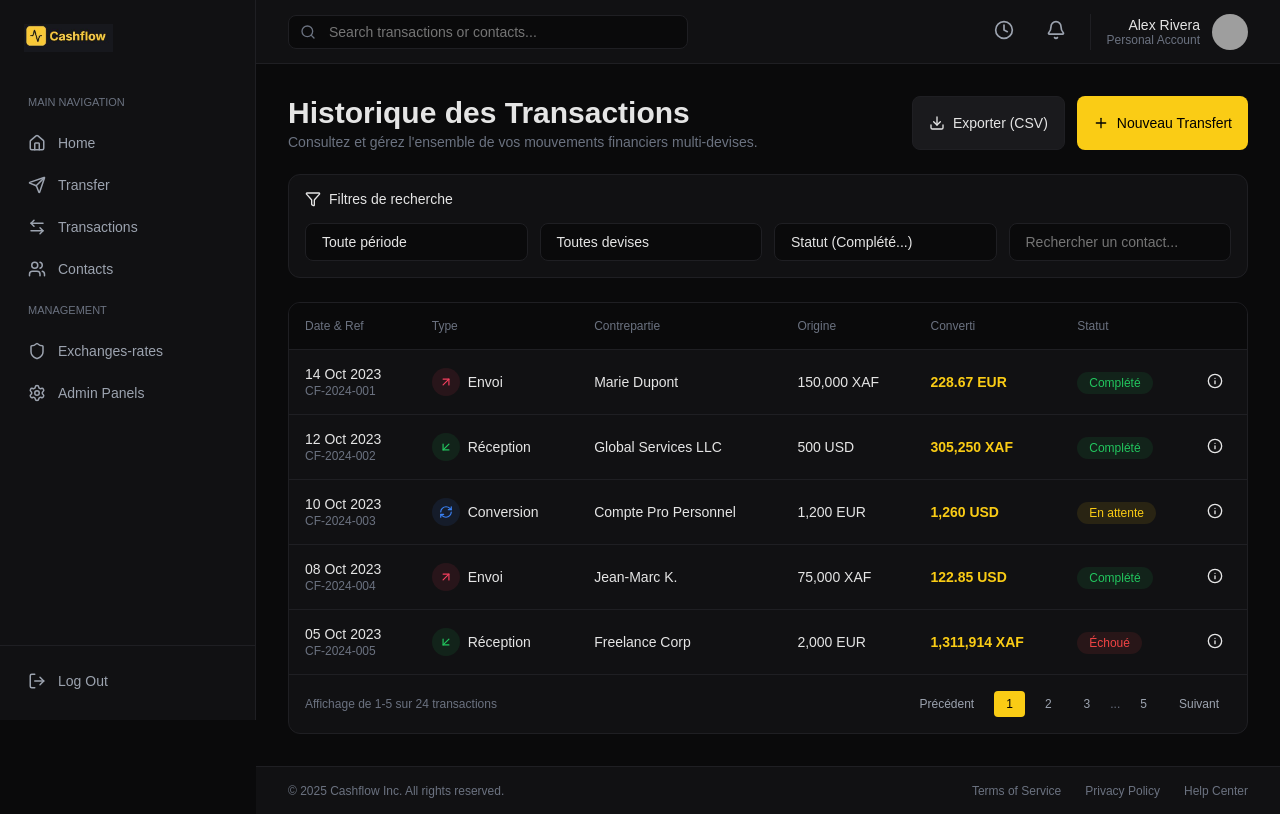
Repository: laetitiamaelle/GROUEPE5_PROGRAMMATIONWEBII_PLATEFORME_DE_TRANSFERT_MULTIDEVISE
Page: /transactions
An editor plug-in stored every save of this project. The page is shown before and after the next save, followed by the edit.
The browser window is 1280 px wide. The pictures show the whole page.
Pictures or frames that could not be fetched are drawn as grey boxes. The project was rebuilt for these pictures with package versions that can differ from the ones it lists, and the page was loaded fresh each time. The framework's server and built-in components were replaced by stand-ins that run in the browser. Also part of the build but not shown: next.config.ts.

Above is the page before, as saved 2026-05-16 07:59:20.

### app/transactions/page.tsx
import Sidebar from '@/components/Sidebar'
import HistoriqueTransactions from '@/components/HistoriqueTransactions';

export default function TransactionPage() {
    return (
        <div style={{ display: 'flex', minHeight: '100vh', background: '#0A0A0B'}}>
            <Sidebar />
            <HistoriqueTransactions />
        </div>
    )
}

### app/globals.css
* {
    margin: 0;
    padding: 0;
    box-sizing: border-box;
}

body {
    background: #0A0A0B;
    color: #E5E5E5;
    font-family: Arial, sans-serif;
}

a {
    text-decoration: none;
    color: inherit;
}

button {
    cursor: pointer;
    border: none;
    font-family: inherit;
}

### components/Sidebar.tsx
'use client'
import Link from 'next/link'
import { usePathname } from 'next/navigation'
import { Home, Send, ArrowLeftRight, Users, Shield, Settings, LogOut} from 'lucide-react'
import '../styles/Sidebar.css'

export default function Sidebar() {
    const pathname = usePathname()

    return (
        <aside className='sidebar'>
            <div className='logo'>
                <img src="/public/logo.jpeg" alt="Cashflow" className='logo-img'/>
            </div>

            <nav className='nav'>
                <p className='nav-title'>MAIN NAVIGATION</p>
                <Link href="#" className={`nav-item #{pathname === '/home' ? 'active' : ''}`}>
                    <Home size={18} /> Home
                </Link>
                <Link href="/transfert" className="nav-item">
                    <Send size={18} /> Transfer
                </Link>
                <Link href="/transactions" className={`nav-item #{pathname === '/transactions' ? 'active' : ''}`}>
                    <ArrowLeftRight size={18} /> Transactions
                </Link>
                <Link href="#" className="nav-item">
                    <Users size={18} /> Contacts
                </Link>

                <p className="nav-title">MANAGEMENT</p>
                <Link href="/exchange-rates" className={`nav-item #{pathname === '/exchanges-rates' ? 'active' : ''}`}>
                    <Shield size={18} /> Exchanges-rates
                </Link>
                <Link href="/admin" className="nav-item">
                    <Settings size={18} /> Admin Panels
                </Link>
            </nav>

            <div className='logout'>
                <button className='nav-item'>
                    <LogOut size={18} />Log Out
                </button>
            </div>
        </aside>
    )
}

### components/HistoriqueTransactions.tsx
'use client'
import { Search, Clock, Bell, Download, Plus, Filter, ArrowUpRight, ArrowDownLeft, RefreshCw, Info } from 'lucide-react'
import '../styles/HistoriqueTransactions.css'

export default function HistoriqueTransactions() {
  const data = [
    { date: '14 Oct 2023', ref: 'CF-2024-001', type: 'Envoi', contact: 'Marie Dupont', origine: '150,000 XAF', converti: '228.67 EUR', statut: 'Complété' },
    { date: '12 Oct 2023', ref: 'CF-2024-002', type: 'Réception', contact: 'Global Services LLC', origine: '500 USD', converti: '305,250 XAF', statut: 'Complété' },
    { date: '10 Oct 2023', ref: 'CF-2024-003', type: 'Conversion', contact: 'Compte Pro Personnel', origine: '1,200 EUR', converti: '1,260 USD', statut: 'En attente' },
    { date: '08 Oct 2023', ref: 'CF-2024-004', type: 'Envoi', contact: 'Jean-Marc K.', origine: '75,000 XAF', converti: '122.85 USD', statut: 'Complété' },
    { date: '05 Oct 2023', ref: 'CF-2024-005', type: 'Réception', contact: 'Freelance Corp', origine: '2,000 EUR', converti: '1,311,914 XAF', statut: 'Échoué' },
  ]

  return (
    <div className="main">
      <header className="topbar">
        <div className="search-box">
          <Search size={16} className="search-icon" />
          <input type="text" placeholder="Search transactions or contacts..." className="search" />
        </div>
        <div className="topbar-right">
          <button className="icon-btn"><Clock size={20} /></button>
          <button className="icon-btn"><Bell size={20} /></button>
          <div className="user">
            <div className="user-info">
              <span className="user-name">Alex Rivera</span>
              <span className="user-role">Personal Account</span>
            </div>
            <img src="https://i.pravatar.cc/40" alt="avatar" className="user-avatar" />
          </div>
        </div>
      </header>

      <div className="content">
        <div className="header">
          <div>
            <h1>Historique des Transactions</h1>
            <p>Consultez et gérez l'ensemble de vos mouvements financiers multi-devises.</p>
          </div>
          <div className="actions">
            <button className="btn-dark"><Download size={16} /> Exporter (CSV)</button>
            <button className="btn-yellow"><Plus size={16} /> Nouveau Transfert</button>
          </div>
        </div>

        <div className="filters">
          <div className="filters-title">
            <Filter size={16} />
            <span>Filtres de recherche</span>
          </div>
          <div className="filters-grid">
            <button className="filter-btn">Toute période</button>
            <button className="filter-btn">Toutes devises</button>
            <button className="filter-btn">Statut (Complété...)</button>
            <input type="text" placeholder="Rechercher un contact..." className="filter-input" />
          </div>
        </div>

        <div className="table-box">
          <table>
            <thead>
              <tr>
                <th>Date & Ref</th>
                <th>Type</th>
                <th>Contrepartie</th>
                <th>Origine</th>
                <th>Converti</th>
                <th>Statut</th>
                <th></th>
              </tr>
            </thead>
            <tbody>
              {data.map((row, i) => (
                <tr key={i}>
                  <td>
                    <span className="date">{row.date}</span>
                    <span className="ref">{row.ref}</span>
                  </td>
                  <td>
                    <div className="type-cell">
                      <div className={`type-icon ${row.type === 'Envoi' ? 'send' : row.type === 'Réception' ? 'receive' : 'convert'}`}>
                        {row.type === 'Envoi' ? <ArrowUpRight size={14} /> : row.type === 'Réception' ? <ArrowDownLeft size={14} /> : <RefreshCw size={14} />}
                      </div>
                      <span>{row.type}</span>
                    </div>
                  </td>
                  <td>{row.contact}</td>
                  <td className="montant">{row.origine}</td>
                  <td className="montant-converti">{row.converti}</td>
                  <td>
                    <span className={`statut ${row.statut === 'Complété' ? 'statut-complete' : row.statut === 'En attente' ? 'statut-attente' : 'statut-echoue'}`}>
                      {row.statut}
                    </span>
                  </td>
                  <td><Info size={16} /></td>
                </tr>
              ))}
            </tbody>
          </table>
          <div className="pagination">
            <span>Affichage de 1-5 sur 24 transactions</span>
            <div className="page-btns">
              <button>Précédent</button>
              <button className="active">1</button>
              <button>2</button>
              <button>3</button>
              <span>...</span>
              <button>5</button>
              <button>Suivant</button>
            </div>
          </div>
        </div>
      </div>

      <footer className="footer">
        <span>© 2025 Cashflow Inc. All rights reserved.</span>
        <div className="footer-links">
          <a href="#">Terms of Service</a>
          <a href="#">Privacy Policy</a>
          <a href="#">Help Center</a>
        </div>
      </footer>
    </div>
  )
}

### styles/Sidebar.css
.sidebar {
    width: 256px;
    background: #111113;
    border-right: 1px solid #1F1F23;
    display: flex;
    flex-direction: column;
    height: 100vh;
}

.logo {
    padding: 24px;
}

.logo-img {
    height: 28px;
    width: auto;
}

.nav {
    flex: 1;
    padding: 0 16px;
}

.nav-title {
    font-size: 11px;
    color: #6B7280;
    padding: 0 12px;
    margin: 16px 0;
}

.nav-item {
    display: flex;
    align-items: center;
    gap: 12px;
    padding: 10px 12px;
    border-radius: 8px;
    color: #9CA3AF;
    font-size: 14px;
    margin-bottom: 4px;
    width: 100%;
    background: none;
}

.nav-item:hover {
    background: #1A1A1D;
    color: white;
}

.nav-item.active {
    background: #1A1A1D;
    color: #FACC15;
}

.logout {
    padding: 16px;
    border-top: 1px solid #1F1F23;
}

### styles/HistoriqueTransactions.css
.main {
    flex: 1;
    display: flex;
    flex-direction: column;
}

.topbar {
    height: 64px;
    background: #111113;
    border-bottom: 1px solid #1F1F23;
    display: flex;
    align-items: center;
    justify-content: space-between;
    padding: 0 32px;
}

.search-box {
    position: relative;
    display: flex;
    align-items: center;
}

.search-icon {
    position: absolute;
    left: 12px;
    color: #6B7280;
}

.search {
    width: 400px;
    background: #0A0A0B;
    border: 1px solid #1F1F23;
    border-radius: 8px;
    padding: 8px 16px 8px 40px;
    color: white;
    font-size: 14px;
}

.topbar-right {
    display: flex;
    align-items: center;
    gap: 16px;
}

.icon-btn {
    background: none;
    color: #9CA3AF;
    padding: 8px;
    border-radius: 8px;
}

.icon-btn:hover {
    background: #1A1A1D;
}

.user {
    display: flex;
    align-items: center;
    gap: 12px;
    padding-left: 16px;
    border-left: 1px solid #1F1F23;
}

.user-info {
    text-align: right;
}

.user-name {
    display: block;
    font-size: 14px;
    font-weight: 500;
}

.user-role {
    display: block;
    font-size: 12px;
    color: #6B7280;
}

.user-avatar {
    width: 36px;
    height: 36px;
    border-radius: 50%;
}

.content {
    flex: 1;
    padding: 32px;
    overflow: auto;
}

.header {
    display: flex;
    justify-content: space-between;
    margin-bottom: 24px;
}

.header h1 {
    font-size: 30px;
    margin-bottom: 4px;
}

.header p {
    color: #6B7280;
    font-size: 14px;
}

.actions {
    display: flex;
    gap: 12px;
}

.btn-dark {
    background: #1A1A1D;
    border: 1px solid #1F1F23;
    color: #E5E5E5;
    padding: 8px 16px;
    border-radius: 8px;
    font-size: 14px;
    display: flex;
    align-items: center;
    gap: 8px;
}

.btn-yellow {
    background: #FACC15;
    color: black;
    padding: 8px 16px;
    border-radius: 8px;
    font-weight: 500;
    font-size: 14px;
    display: flex;
    align-items: center;
    gap: 8px;
}

.filters {
    background: #111113;
    border: 1px solid #1F1F23;
    border-radius: 12px;
    padding: 16px;
    margin-bottom: 24px;
}

.filters-title {
    display: flex;
    align-items: center;
    gap: 8px;
    font-size: 14px;
    margin-bottom: 16px;
}

.filters-grid {
    display: grid;
    grid-template-columns: repeat(4, 1fr);
    gap: 12px;
}

.filter-btn {
    background: #0A0A0B;
    border: 1px solid #1F1F23;
    border-radius: 8px;
    padding: 10px 16px;
    color: #E5E5E5;
    font-size: 14px;
    text-align: left;
}

.filter-input {
    background: #0A0A0B;
    border: 1px solid #1F1F23;
    border-radius: 8px;
    padding: 10px 16px;
    color: white;
    font-size: 14px;
}

.table-box {
    background: #111113;
    border: 1px solid #1F1F23;
    border-radius: 12px;
    overflow: hidden;
}

table {
    width: 100%;
    border-collapse: collapse;
}

thead {
    background: #0A0A0B;
}

th {
    text-align: left;
    padding: 16px;
    font-size: 12px;
    color: #6B7280;
    font-weight: 500;
}

td {
    padding: 16px;
    border-top: 1px solid #1F1F23;
    font-size: 14px;
}

tr:hover {
    background: #1A1A1D;
}

.date {
    font-weight: 500;
    display: block;
}

.ref {
    font-size: 12px;
    color: #6B7280;
    display: block;
    margin-top: 2px;
}

.type-cell {
    display: flex;
    align-items: center;
    gap: 8px;
}

.type-icon {
    width: 28px;
    height: 28px;
    border-radius: 50%;
    display: flex;
    align-items: center;
    justify-content: center;
}

.type-icon.send {
    background: rgba(244, 63, 94, 0.1);
    color: #F43F5E;
}

.type-icon.receive {
    background: rgba(34, 197, 94, 0.1);
    color: #22C55E;
}

.type-icon.convert {
    background: rgba(59, 130, 246, 0.1);
    color: #3B82F6;
}

.montant {
    font-weight: 500;
}

.montant-converti {
    font-weight: 600;
    color: #FACC15;
}

.statut {
    padding: 4px 12px;
    border-radius: 12px;
    font-size: 12px;
    font-weight: 500;
}

.statut-complete {
    background: rgba(34, 197, 94, 0.1);
    color: #22C55E;
}

.statut-attente {
    background: rgba(250, 204, 21, 0.1);
    color: #FACC15;
}

.statut-echoue {
    background: rgba(239, 68, 68, 0.1);
    color: #EF4444;
}

.pagination {
    padding: 16px;
    border-top: 1px solid #1F1F23;
    display: flex;
    justify-content: space-between;
    align-items: center;
    font-size: 12px;
    color: #6B7280;
}

.page-btns {
    display: flex;
    gap: 8px;
    align-items: center;
}

.page-btns button {
    background: none;
    color: #9CA3AF;
    padding: 6px 12px;
    border-radius: 4px;
    font-size: 12px;
}

.page-btns button.active {
    background: #FACC15;
    color: black;
}

.footer {
    height: 48px;
    background: #111113;
    border-top: 1px solid #1F1F23;
    display: flex;
    align-items: center;
    justify-content: space-between;
    padding: 0 32px;
    font-size: 12px;
    color: #6B7280;
}

.footer-links {
    display: flex;
    gap: 24px;
}

Loaded but not shown: app/layout.tsx (common file)

After the next save:
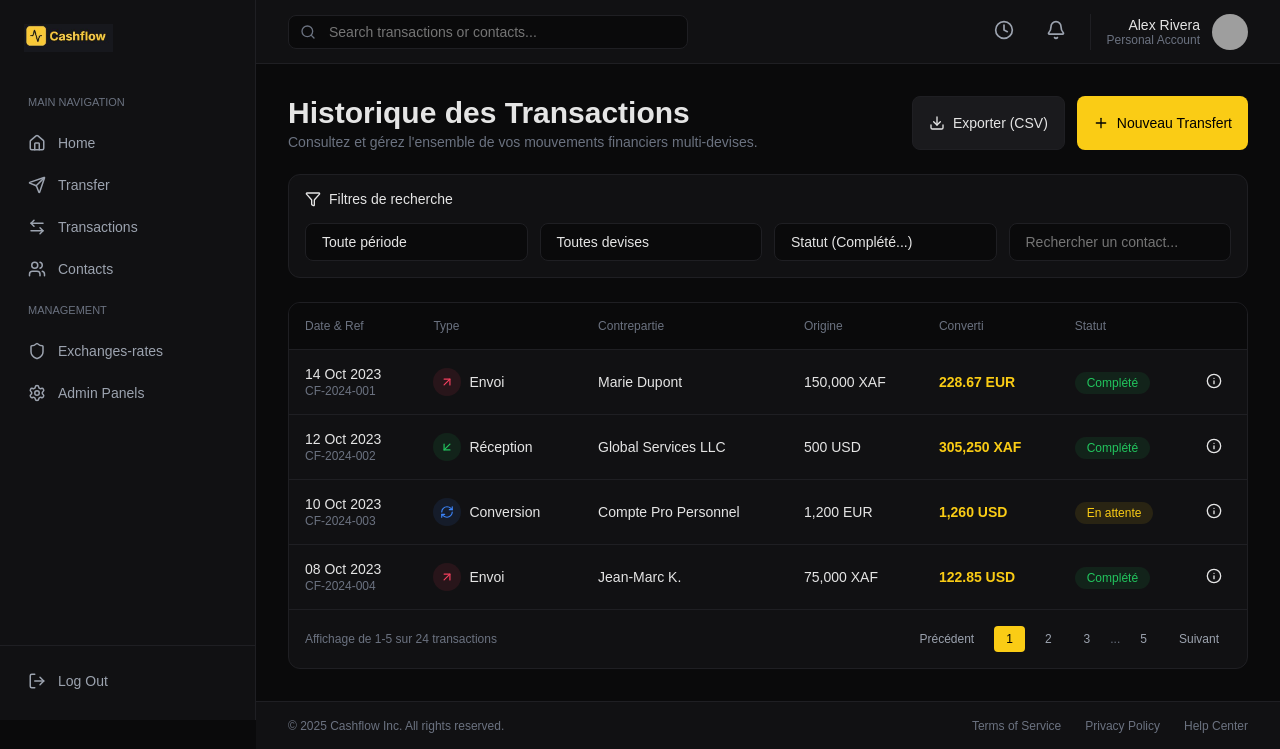
Saved 5 h 57 min later.
--- a/components/HistoriqueTransactions.tsx
+++ b/components/HistoriqueTransactions.tsx
@@ -8,7 +8,6 @@ export default function HistoriqueTransactions() {
     { date: '12 Oct 2023', ref: 'CF-2024-002', type: 'Réception', contact: 'Global Services LLC', origine: '500 USD', converti: '305,250 XAF', statut: 'Complété' },
     { date: '10 Oct 2023', ref: 'CF-2024-003', type: 'Conversion', contact: 'Compte Pro Personnel', origine: '1,200 EUR', converti: '1,260 USD', statut: 'En attente' },
     { date: '08 Oct 2023', ref: 'CF-2024-004', type: 'Envoi', contact: 'Jean-Marc K.', origine: '75,000 XAF', converti: '122.85 USD', statut: 'Complété' },
-    { date: '05 Oct 2023', ref: 'CF-2024-005', type: 'Réception', contact: 'Freelance Corp', origine: '2,000 EUR', converti: '1,311,914 XAF', statut: 'Échoué' },
   ]
 
   return (
